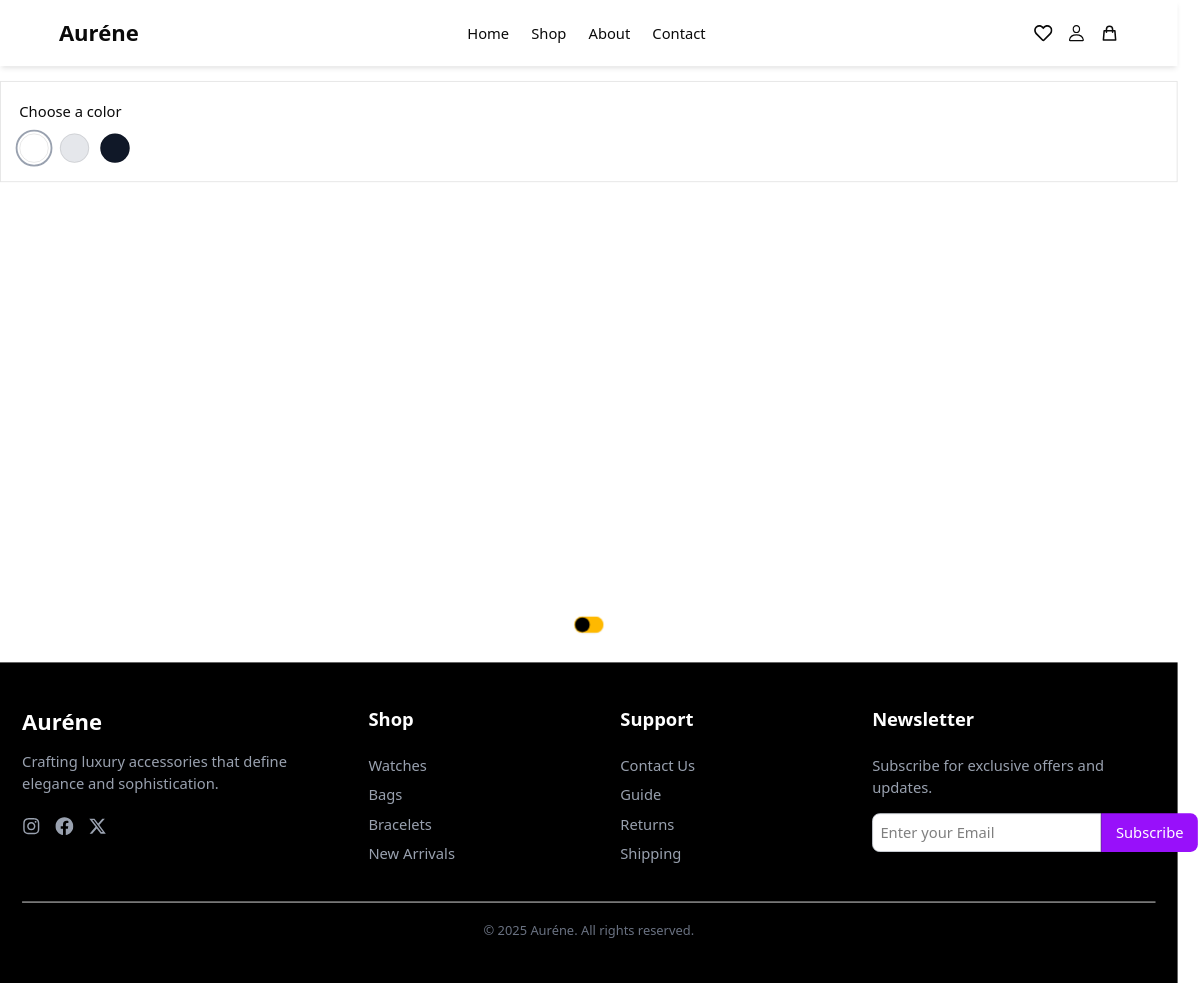
Repository: oehab30/Aur-ne-e-commerce-
Page: /Wishlist
These files come from the project's save history. The page is drawn as it stood at one moment and after a run of saves; the edit follows.
The browser window is 1280 px wide. The page is 1302 px wide, so the pictures cover 1302 px, including what lies to the right of the window. The pictures show the whole page, at 92% of full size.
The project was rebuilt for these pictures with package versions that can differ from the ones it lists, and the page was loaded fresh each time. Also part of the build but not shown: src/components/home-page/Hero.tsx, src/components/home-page/Hotoffers.tsx, src/components/home-page/Dontmiss.tsx, src/components/home-page/Featuredcollection.tsx, src/components/home-page/BestSellers.tsx, src/components/home-page/Summercollection.tsx, src/pages/Home.tsx, src/components/common/Categories.tsx and 7 more.

Above is the page before, as saved 2025-11-26 18:54:51.

After the next 5 saves:
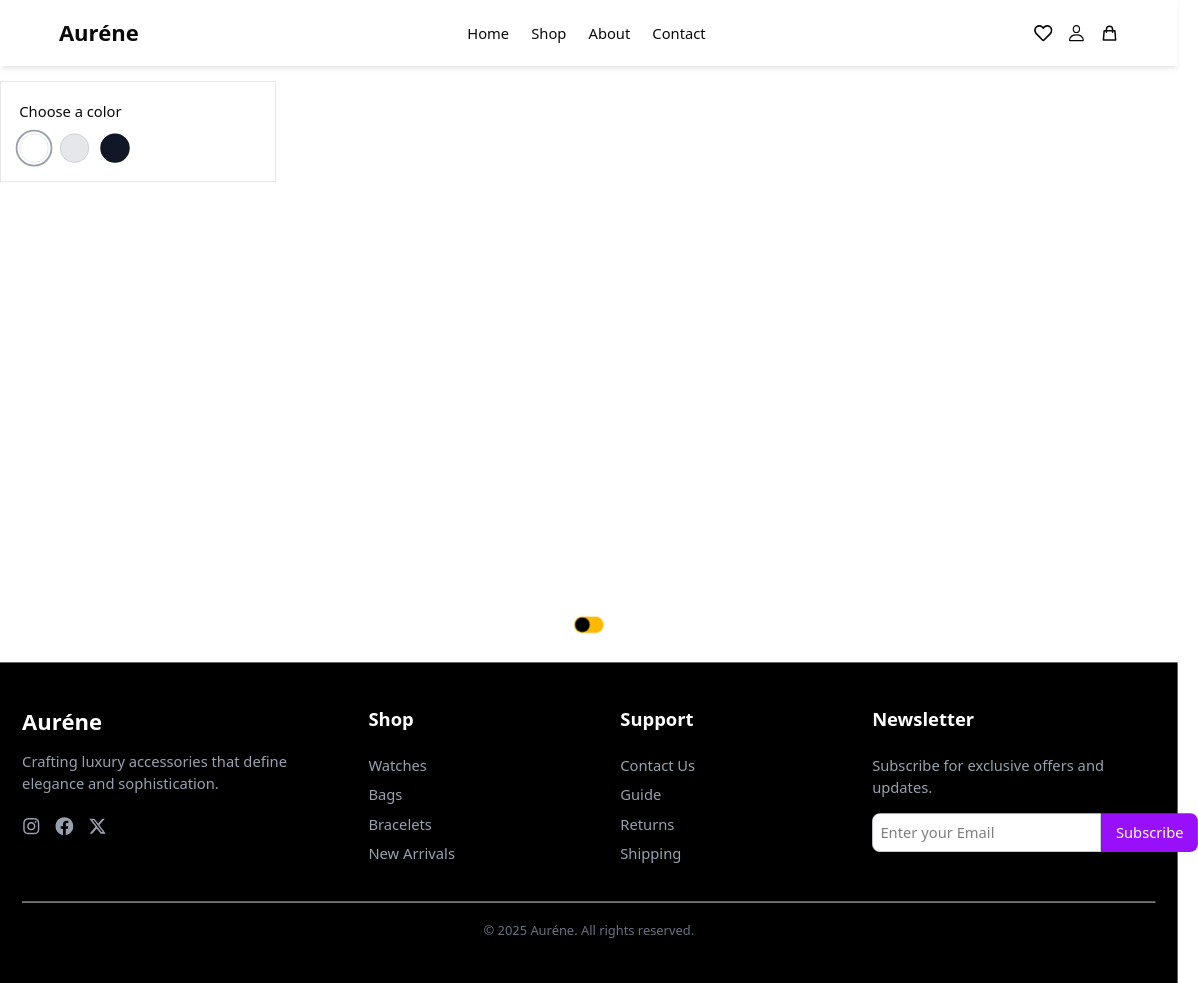
The 5 saves are shown as one change because they came seconds apart.
The last was saved 13 s later.
--- a/src/components/Shop-page/color.tsx
+++ b/src/components/Shop-page/color.tsx
@@ -11,7 +11,7 @@ function Color() {
   };
 
   return (
-    <fieldset aria-label="Choose a color" className="mt-4 border-1 p-5 w-2.5: ">
+    <fieldset aria-label="Choose a color" className="mt-4 border-1 p-5 w-[300px] ">
         <h1 className='mb-3'>Choose a color</h1>
       <div className="flex items-center gap-x-3">
         {product.colors.map((color, index) => (
